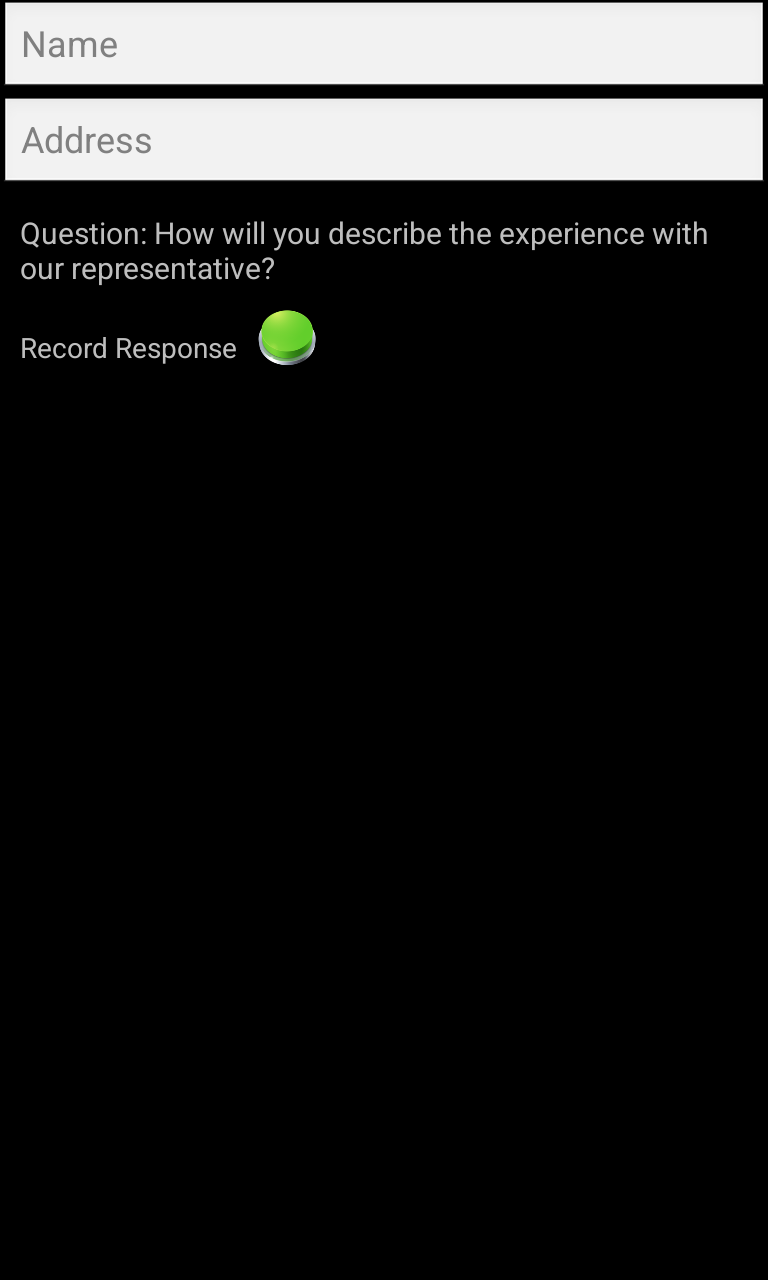
Repository: Anmol92verma/SurveyApp
Layout: SoundServey/res/layout/activity_main.xml
An editor plug-in stored every save of this project. The layout is shown before and after the next save, followed by the edit.
It is drawn on a 768 x 1280 px phone screen (xhdpi) without system bars, with theme android:Theme.Black; the app's code is not run.

Above is the layout before, as saved 2015-02-21 16:49:36.

### SoundServey/res/layout/activity_main.xml
<RelativeLayout xmlns:android="http://schemas.android.com/apk/res/android"
    xmlns:tools="http://schemas.android.com/tools"
    android:layout_width="match_parent"
    android:layout_height="match_parent" >

    <ScrollView
        android:id="@+id/scrollView1"
        android:layout_width="match_parent"
        android:layout_height="wrap_content" >

        <LinearLayout
            android:layout_width="match_parent"
            android:layout_height="wrap_content"
            android:orientation="vertical" >

            <EditText
                android:id="@+id/edittext_name"
                android:layout_width="match_parent"
                android:layout_height="wrap_content"
                android:hint="@string/string_name" />

            <EditText
                android:id="@+id/edittext_address"
                android:layout_width="match_parent"
                android:layout_height="wrap_content"
                android:hint="@string/string_address" />

            <TextView
                android:id="@+id/textview_question"
                android:layout_width="wrap_content"
                android:layout_height="wrap_content"
                android:padding="@dimen/dimen_paddingtext"
                android:text="@string/string_question"
                android:textSize="@dimen/dimen_sizetext" />

            <RelativeLayout
                android:layout_width="match_parent"
                android:layout_height="wrap_content" >

                <TextView
                    android:id="@+id/textview_recording"
                    android:layout_width="wrap_content"
                    android:layout_height="wrap_content"
                    android:layout_centerVertical="true"
                    android:padding="@dimen/dimen_paddingtext"
                    android:text="@string/string_recording" />

                <ImageView
                    android:id="@+id/imageview_recorder"
                    android:layout_width="@dimen/dimen_size_recorded"
                    android:layout_height="@dimen/dimen_size_recorded"
                    android:layout_toRightOf="@+id/textview_recording"
                    android:contentDescription="@null"
                    android:src="@drawable/start" />
            </RelativeLayout>
        </LinearLayout>
    </ScrollView>

</RelativeLayout>

### SoundServey/res/values/strings.xml
<?xml version="1.0" encoding="utf-8"?>
<resources>

    <string name="app_name">SoundSer</string>
    <string name="string_name">Name</string>
    <string name="string_address">Address</string>
    <string name="string_question">Question: How will you describe the experience with our representative?</string>
    <string name="string_recording">Record Response</string>

</resources>

### SoundServey/res/values/dimens.xml
<?xml version="1.0" encoding="utf-8"?>
<resources>
    <dimen name="dimen_paddingtext">10dp</dimen>
    <dimen name="dimen_sizetext">15dp</dimen>
    <dimen name="dimen_size_recorded">30dp</dimen>
</resources>

After the next save:
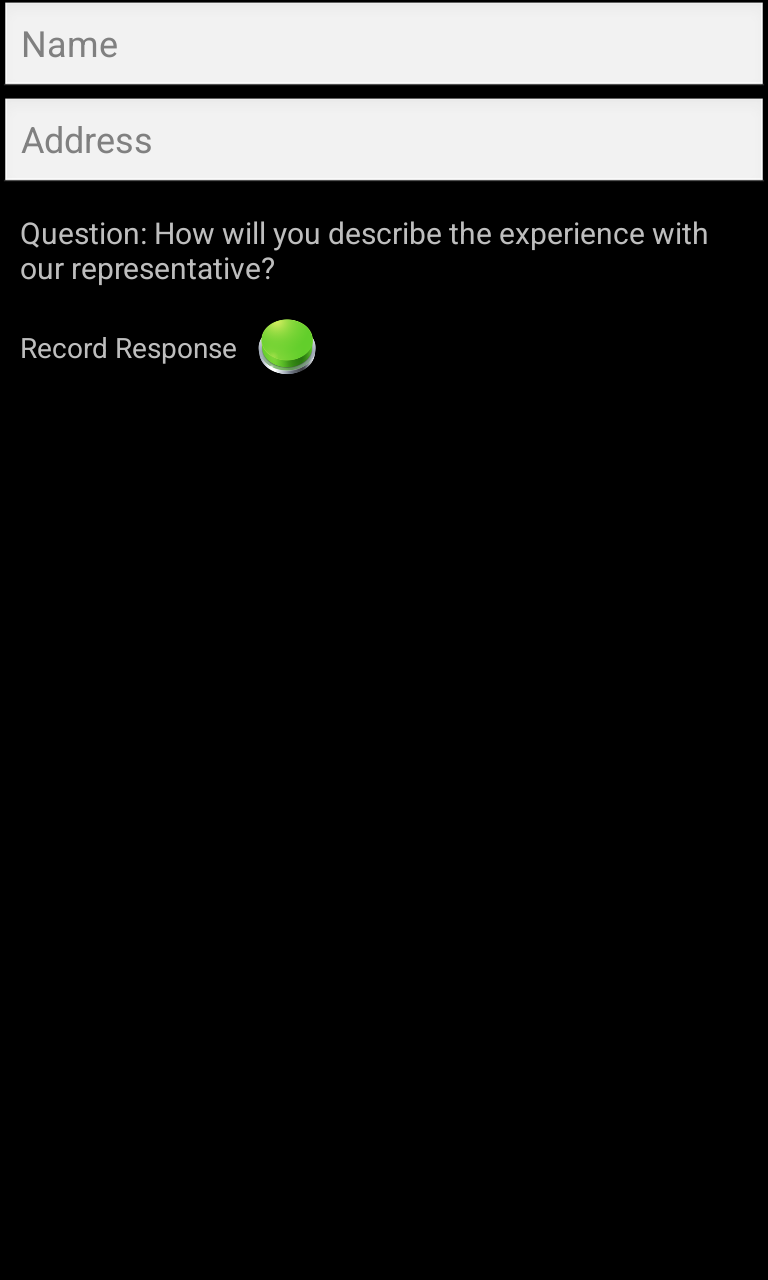
Saved 9 s later.
--- a/SoundServey/res/layout/activity_main.xml
+++ b/SoundServey/res/layout/activity_main.xml
@@ -49,6 +49,7 @@
                     android:id="@+id/imageview_recorder"
                     android:layout_width="@dimen/dimen_size_recorded"
                     android:layout_height="@dimen/dimen_size_recorded"
+                    android:layout_centerVertical="true"
                     android:layout_toRightOf="@+id/textview_recording"
                     android:contentDescription="@null"
                     android:src="@drawable/start" />
